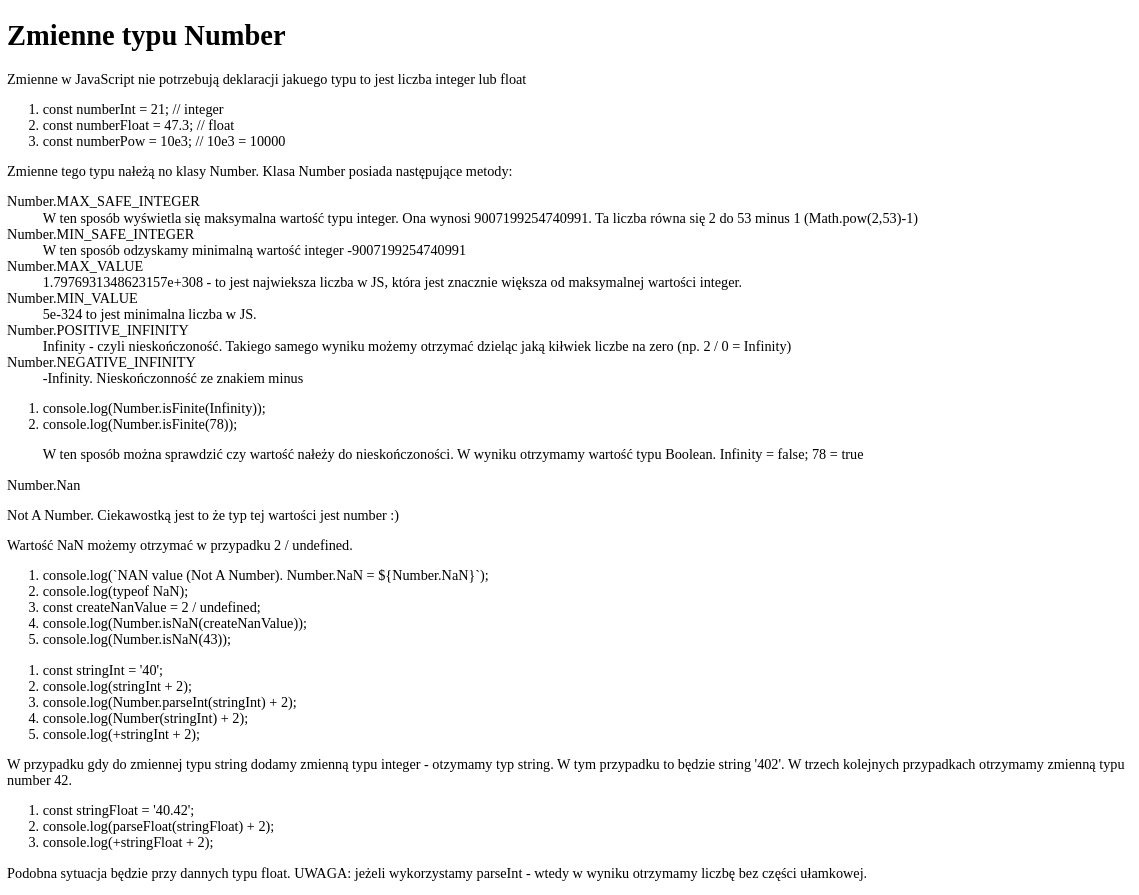
Repository: romanstetsiuk1/JS_learn
Page: number.html
These files come from the project's save history. The page is drawn as it stood at one moment and after the next save; the edit follows.
The browser window is 1280 px wide. The pictures show the whole page, at 89% of full size.

Above is the page before, as saved 2020-08-13 18:53:12.

After the next save:
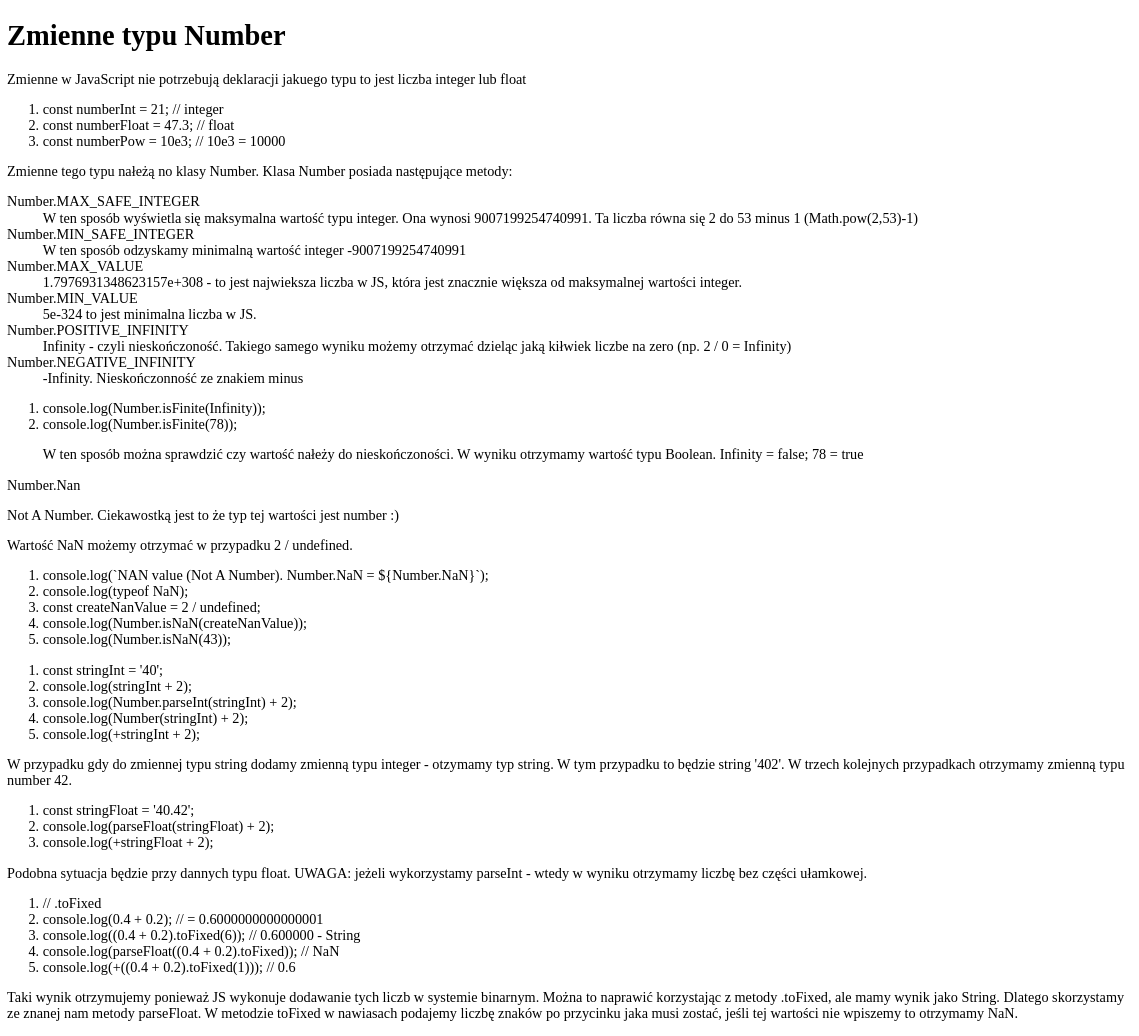
Saved 9 min 46 s later.
--- a/number.html
+++ b/number.html
@@ -104,6 +104,25 @@
       </p>
     </article>
 
+    <article>
+      <div class="vsCode">
+        <ol>
+          <li>// .toFixed</li>
+          <li>console.log(0.4 + 0.2);     // = 0.6000000000000001</li>
+          <li>console.log((0.4 + 0.2).toFixed(6));      // 0.600000 - String</li>
+          <li>console.log(parseFloat((0.4 + 0.2).toFixed));  // NaN</li>
+          <li>console.log(+((0.4 + 0.2).toFixed(1)));       // 0.6</li>
+        </ol>
+      </div>
+      <p>Taki wynik otrzymujemy ponieważ JS wykonuje dodawanie tych liczb w systemie binarnym.
+        Można to naprawić korzystając z metody .toFixed, ale mamy wynik jako String. Dlatego
+        skorzystamy ze znanej nam metody parseFloat. W metodzie toFixed w nawiasach podajemy
+        liczbę znaków po przycinku jaka musi zostać, jeśli tej wartości nie wpiszemy to otrzymamy NaN.
+      </p>
+    </article>
+
+
+
   </main>
 
 </body>
